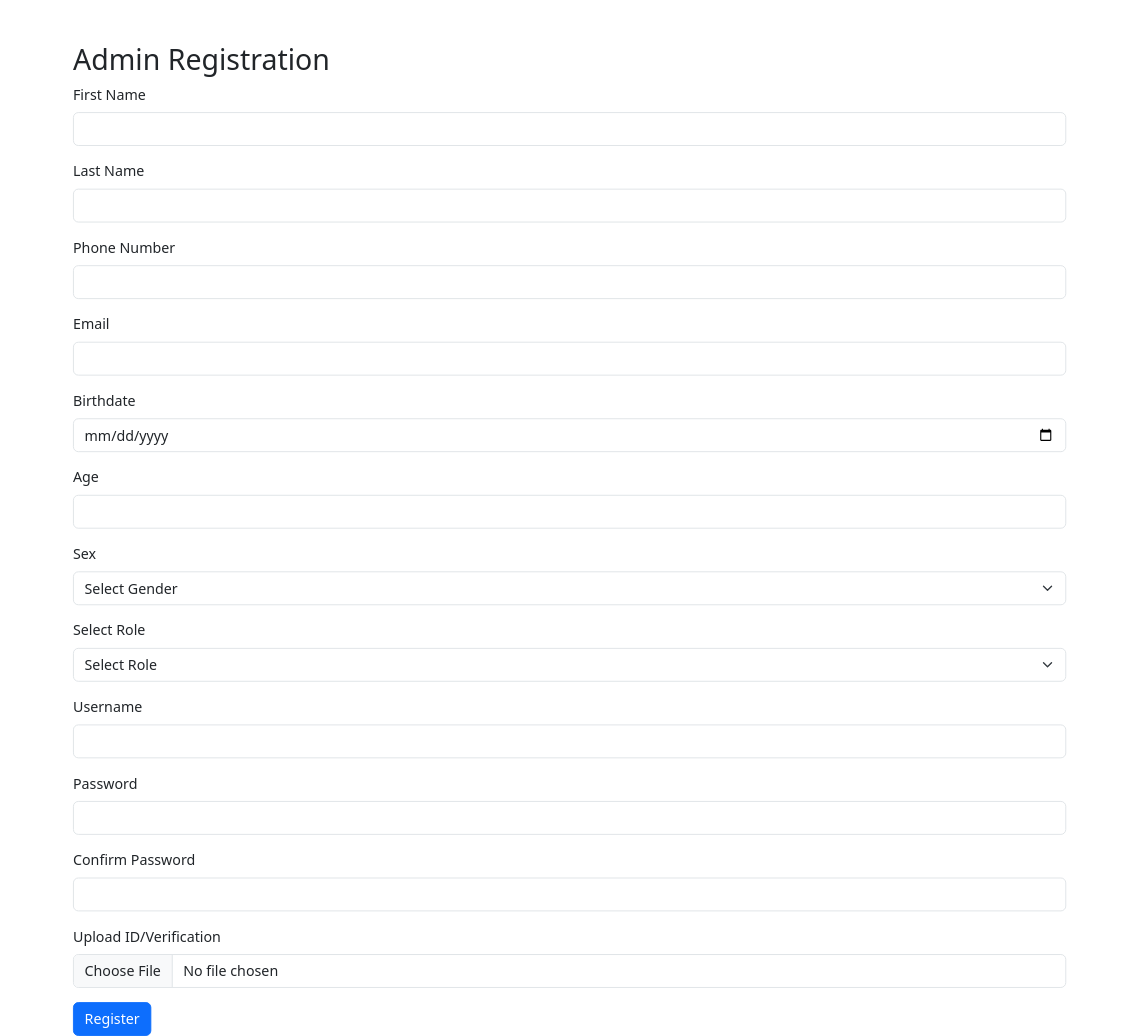
Repository: MeekSharkdev/capstone-project
Page: http://localhost/phpmailer/pages/register-admin.php
An editor plug-in stored every save of this project. The page is shown before and after the next save, followed by the edit.
The browser window is 1280 px wide. The pictures show the whole page, at 89% of full size.
The page is run by PHP 8.4 with error messages shown; the project is at /var/www/html/.

Above is the page before, as saved 2024-12-18 13:49:56.

After the next save:
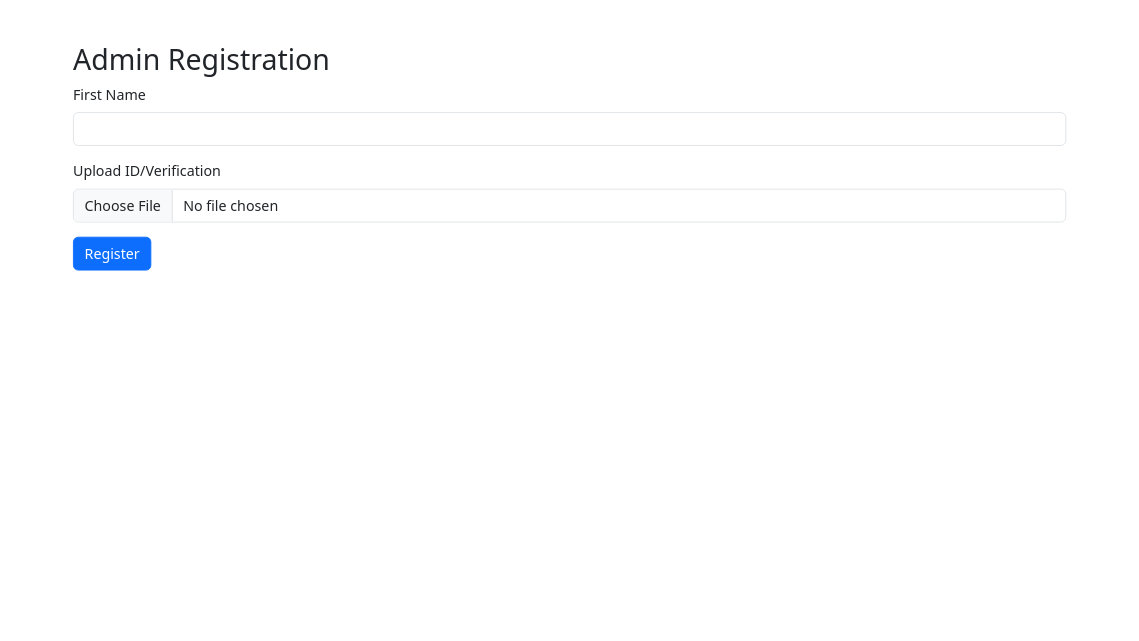
Saved 42 min 31 s later.
--- a/pages/register-admin.php
+++ b/pages/register-admin.php
@@ -25,7 +25,6 @@
     $username = $_POST['username'];
     $password = $_POST['password'];
     $confirm_password = $_POST['confirm_password'];
-    $attachment_form_id = $_FILES['attachment_form_id']['name'];
 
     // Validate password match
     if ($password !== $confirm_password) {
@@ -35,37 +34,46 @@
 
     $password_hashed = password_hash($password, PASSWORD_DEFAULT);
 
-    // Insert into database
+    // Handle the uploaded file securely
+    if (isset($_FILES['attachment_form_id']) && $_FILES['attachment_form_id']['error'] === UPLOAD_ERR_OK) {
+        $attachment_form_id = $_FILES['attachment_form_id']['name'];
+        $upload_dir = "uploads/";
+        $file_path = $upload_dir . basename($_FILES['attachment_form_id']['name']);
 
-    $stmt = $conn->prepare("INSERT INTO admintbl (firstname, lastname, phonenumber, email, birthdate, age, sex, role, username, password, attachment_form_id)
-VALUES (?, ?, ?, ?, ?, ?, ?, ?, ?, ?, ?)");
+        // Move file safely
+        if (move_uploaded_file($_FILES['attachment_form_id']['tmp_name'], $file_path)) {
+            // Insert data into the database only after the file upload succeeds
+            $stmt = $conn->prepare("INSERT INTO admintbl (firstname, lastname, phonenumber, email, birthdate, age, sex, role, username, password, attachment_form_id)
+            VALUES (?, ?, ?, ?, ?, ?, ?, ?, ?, ?, ?)");
 
-// Correct type placeholders and variable mapping
-$stmt->bind_param(
-    "sssssssssss",
-    $firstname,
-    $lastname,
-    $phonenumber,
-    $email,
-    $birthdate,
-    $age,
-    $sex,
-    $role,
-    $username,
-    $password_hashed,
-    $attachment_form_id
-);
+            $stmt->bind_param(
+                "sssssssssss",
+                $firstname,
+                $lastname,
+                $phonenumber,
+                $email,
+                $birthdate,
+                $age,
+                $sex,
+                $role,
+                $username,
+                $password_hashed,
+                $attachment_form_id
+            );
 
+            if ($stmt->execute()) {
+                echo "<script>alert('Registration successful!'); window.location.href='./login-admin.php';</script>";
+            } else {
+                echo "<script>alert('Error: " . $stmt->error . "');</script>";
+            }
 
-
-    if ($stmt->execute()) {
-        move_uploaded_file($_FILES['attachment_form_id']['tmp_name'], "uploads/" . $attachment_form_id);
-        echo "<script>alert('Registration successful!'); window.location.href='./login-admin.php';</script>";
+            $stmt->close();
+        } else {
+            echo "<script>alert('Failed to upload the file!'); window.history.back();</script>";
+        }
     } else {
-        echo "<script>alert('Error: " . $stmt->error . "');</script>";
+        echo "<script>alert('No valid file uploaded.'); window.history.back();</script>";
     }
-
-    $stmt->close();
 }
 
 $conn->close();
@@ -88,57 +96,6 @@
                 <input type="text" class="form-control" id="firstname" name="firstname" required>
             </div>
             <div class="mb-3">
-                <label for="lastname" class="form-label">Last Name</label>
-                <input type="text" class="form-control" id="lastname" name="lastname" required>
-            </div>
-            <div class="mb-3">
-                <label for="phonenumber" class="form-label">Phone Number</label>
-                <input type="tel" class="form-control" id="phonenumber" name="phonenumber" pattern="09\d{9}" title="Phone number must start with 09 and have 11 digits" required>
-            </div>
-            <div class="mb-3">
-                <label for="email" class="form-label">Email</label>
-                <input type="email" class="form-control" id="email" name="email" required>
-            </div>
-            <div class="mb-3">
-                <label for="birthdate" class="form-label">Birthdate</label>
-                <input type="date" class="form-control" id="birthdate" name="birthdate" required>
-            </div>
-            <div class="mb-3">
-                <label for="age" class="form-label">Age</label>
-                <input type="number" class="form-control" id="age" name="age" min="18" required>
-            </div>
-            <div class="mb-3">
-                <label for="sex" class="form-label">Sex</label>
-                <select class="form-select" id="sex" name="sex" required>
-                    <option value="" disabled selected>Select Gender</option>
-                    <option value="Male">Male</option>
-                    <option value="Female">Female</option>
-                    <option value="Other">Other</option>
-                </select>
-            </div>
-            <div class="mb-3">
-                <label for="role" class="form-label">Select Role</label>
-                <select class="form-select" id="role" name="role" required>
-                    <option value="" disabled selected>Select Role</option>
-                    <option value="admin">Admin</option>
-                    <option value="developer">Developer</option>
-                    <option value="PIO">PIO</option>
-                    <option value="barangay_staff">Barangay Staff</option>
-                </select>
-            </div>
-            <div class="mb-3">
-                <label for="username" class="form-label">Username</label>
-                <input type="text" class="form-control" id="username" name="username" required>
-            </div>
-            <div class="mb-3">
-                <label for="password" class="form-label">Password</label>
-                <input type="password" class="form-control" id="password" name="password" required>
-            </div>
-            <div class="mb-3">
-                <label for="confirm_password" class="form-label">Confirm Password</label>
-                <input type="password" class="form-control" id="confirm_password" name="confirm_password" required>
-            </div>
-            <div class="mb-3">
                 <label for="attachment_form_id" class="form-label">Upload ID/Verification</label>
                 <input type="file" class="form-control" id="attachment_form_id" name="attachment_form_id" required>
             </div>

After the 3 saves that followed:
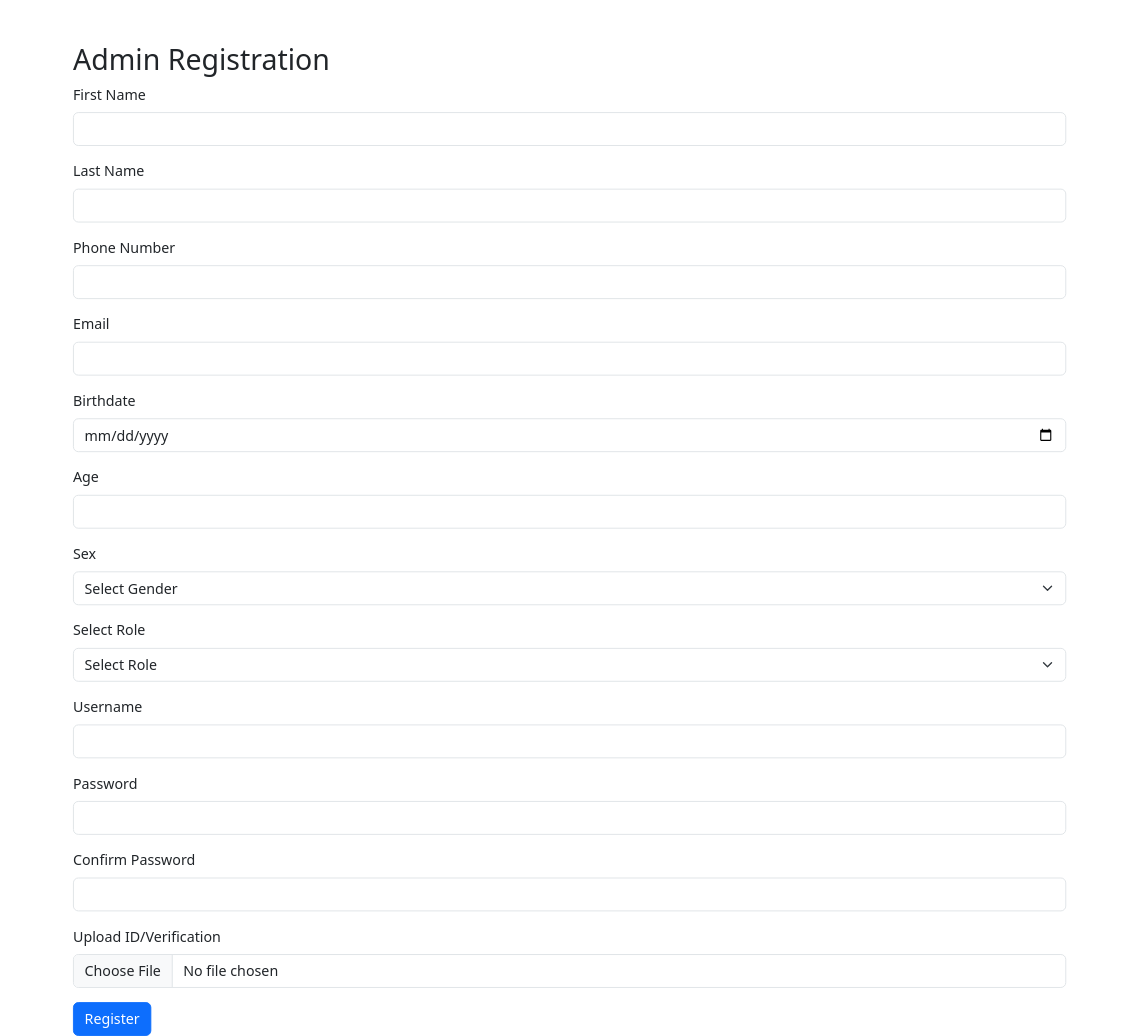
The 3 saves are shown as one change because 1 left the picture as it was and some came seconds apart.
The last was saved 26 s later.
--- a/pages/register-admin.php
+++ b/pages/register-admin.php
@@ -25,6 +25,7 @@
     $username = $_POST['username'];
     $password = $_POST['password'];
     $confirm_password = $_POST['confirm_password'];
+    $attachment_form_id = $_FILES['attachment_form_id']['name'];
 
     // Validate password match
     if ($password !== $confirm_password) {
@@ -34,46 +35,37 @@
 
     $password_hashed = password_hash($password, PASSWORD_DEFAULT);
 
-    // Handle the uploaded file securely
-    if (isset($_FILES['attachment_form_id']) && $_FILES['attachment_form_id']['error'] === UPLOAD_ERR_OK) {
-        $attachment_form_id = $_FILES['attachment_form_id']['name'];
-        $upload_dir = "uploads/";
-        $file_path = $upload_dir . basename($_FILES['attachment_form_id']['name']);
+    // Insert into database
 
-        // Move file safely
-        if (move_uploaded_file($_FILES['attachment_form_id']['tmp_name'], $file_path)) {
-            // Insert data into the database only after the file upload succeeds
-            $stmt = $conn->prepare("INSERT INTO admintbl (firstname, lastname, phonenumber, email, birthdate, age, sex, role, username, password, attachment_form_id)
-            VALUES (?, ?, ?, ?, ?, ?, ?, ?, ?, ?, ?)");
+    $stmt = $conn->prepare("INSERT INTO admintbl (firstname, lastname, phonenumber, email, birthdate, age, sex, role, username, password, attachment_form_id)
+VALUES (?, ?, ?, ?, ?, ?, ?, ?, ?, ?, ?)");
 
-            $stmt->bind_param(
-                "sssssssssss",
-                $firstname,
-                $lastname,
-                $phonenumber,
-                $email,
-                $birthdate,
-                $age,
-                $sex,
-                $role,
-                $username,
-                $password_hashed,
-                $attachment_form_id
-            );
+// Correct type placeholders and variable mapping
+$stmt->bind_param(
+    "sssssssssss",
+    $firstname,
+    $lastname,
+    $phonenumber,
+    $email,
+    $birthdate,
+    $age,
+    $sex,
+    $role,
+    $username,
+    $password_hashed,
+    $attachment_form_id
+);
 
-            if ($stmt->execute()) {
-                echo "<script>alert('Registration successful!'); window.location.href='./login-admin.php';</script>";
-            } else {
-                echo "<script>alert('Error: " . $stmt->error . "');</script>";
-            }
 
-            $stmt->close();
-        } else {
-            echo "<script>alert('Failed to upload the file!'); window.history.back();</script>";
-        }
+
+    if ($stmt->execute()) {
+        move_uploaded_file($_FILES['attachment_form_id']['tmp_name'], "uploads/" . $attachment_form_id);
+        echo "<script>alert('Registration successful!'); window.location.href='./login-admin.php';</script>";
     } else {
-        echo "<script>alert('No valid file uploaded.'); window.history.back();</script>";
+        echo "<script>alert('Error: " . $stmt->error . "');</script>";
     }
+
+    $stmt->close();
 }
 
 $conn->close();
@@ -96,6 +88,57 @@
                 <input type="text" class="form-control" id="firstname" name="firstname" required>
             </div>
             <div class="mb-3">
+                <label for="lastname" class="form-label">Last Name</label>
+                <input type="text" class="form-control" id="lastname" name="lastname" required>
+            </div>
+            <div class="mb-3">
+                <label for="phonenumber" class="form-label">Phone Number</label>
+                <input type="tel" class="form-control" id="phonenumber" name="phonenumber" pattern="09\d{9}" title="Phone number must start with 09 and have 11 digits" required>
+            </div>
+            <div class="mb-3">
+                <label for="email" class="form-label">Email</label>
+                <input type="email" class="form-control" id="email" name="email" required>
+            </div>
+            <div class="mb-3">
+                <label for="birthdate" class="form-label">Birthdate</label>
+                <input type="date" class="form-control" id="birthdate" name="birthdate" required>
+            </div>
+            <div class="mb-3">
+                <label for="age" class="form-label">Age</label>
+                <input type="number" class="form-control" id="age" name="age" min="18" required>
+            </div>
+            <div class="mb-3">
+                <label for="sex" class="form-label">Sex</label>
+                <select class="form-select" id="sex" name="sex" required>
+                    <option value="" disabled selected>Select Gender</option>
+                    <option value="Male">Male</option>
+                    <option value="Female">Female</option>
+                    <option value="Other">Other</option>
+                </select>
+            </div>
+            <div class="mb-3">
+                <label for="role" class="form-label">Select Role</label>
+                <select class="form-select" id="role" name="role" required>
+                    <option value="" disabled selected>Select Role</option>
+                    <option value="admin">Admin</option>
+                    <option value="developer">Developer</option>
+                    <option value="PIO">PIO</option>
+                    <option value="barangay_staff">Barangay Staff</option>
+                </select>
+            </div>
+            <div class="mb-3">
+                <label for="username" class="form-label">Username</label>
+                <input type="text" class="form-control" id="username" name="username" required>
+            </div>
+            <div class="mb-3">
+                <label for="password" class="form-label">Password</label>
+                <input type="password" class="form-control" id="password" name="password" required>
+            </div>
+            <div class="mb-3">
+                <label for="confirm_password" class="form-label">Confirm Password</label>
+                <input type="password" class="form-control" id="confirm_password" name="confirm_password" required>
+            </div>
+            <div class="mb-3">
                 <label for="attachment_form_id" class="form-label">Upload ID/Verification</label>
                 <input type="file" class="form-control" id="attachment_form_id" name="attachment_form_id" required>
             </div>
